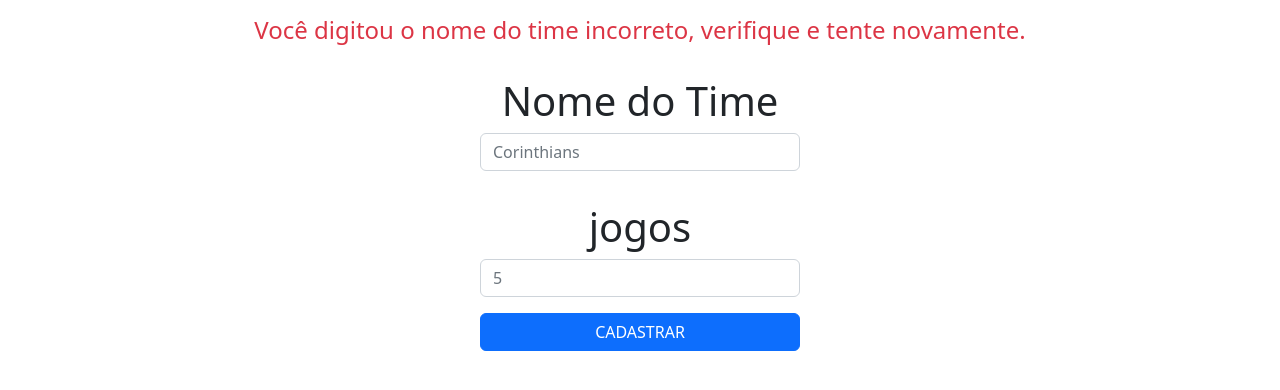
Repository: ricardodamaceno/Coeficiente-de-Variacao-de-Gols
Page: http://localhost/add-erro
An editor plug-in stored every save of this project. The page is shown before and after the next save, followed by the edit.
The browser window is 1280 px wide. The pictures show the whole page.
The page is this project's Thymeleaf template; nobody is signed in. The template is opened directly, without the code that normally fills it, so the values that code supplies are empty.

Above is the page before, as saved 2022-09-17 17:05:19.

After the next save:
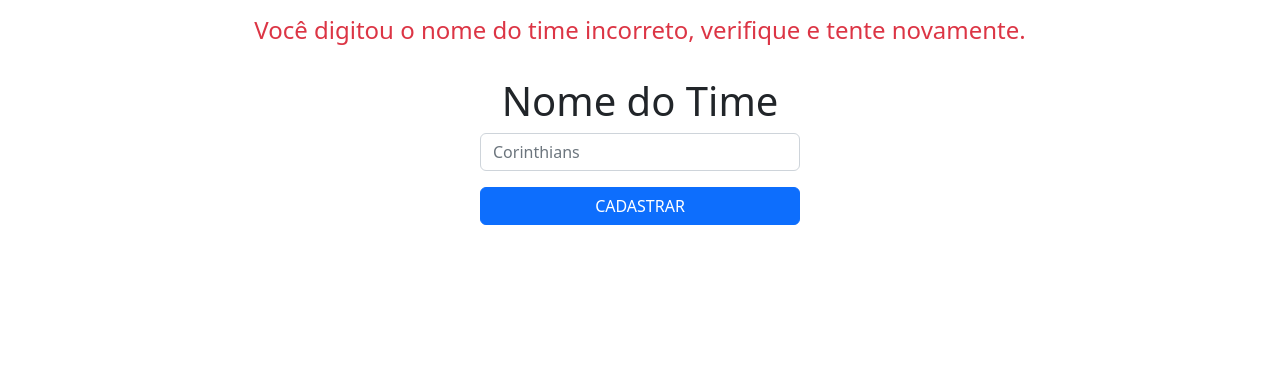
Saved 6 s later.
--- a/aposta-tozo/src/main/resources/templates/add-erro.html
+++ b/aposta-tozo/src/main/resources/templates/add-erro.html
@@ -20,10 +20,6 @@
 			<label for="exampleInputEmail1" class="form-label mt-3 h1">Nome do Time</label>
 			<input type="text" placeholder="Corinthians" class="form-control" name="nomeTime">
 		</div>
-		<div class="mb-3 text-center">
-			<label for="exampleInputEmail1" class="form-label mt-3 h1">jogos</label>
-			<input type="number" placeholder="5" class="form-control" name="jogosAnalisados">
-		</div>
 		<button type="submit" class="btn btn-primary rounded mx-auto d-block col-md-12">CADASTRAR</button>
 	</form>
 </div>
